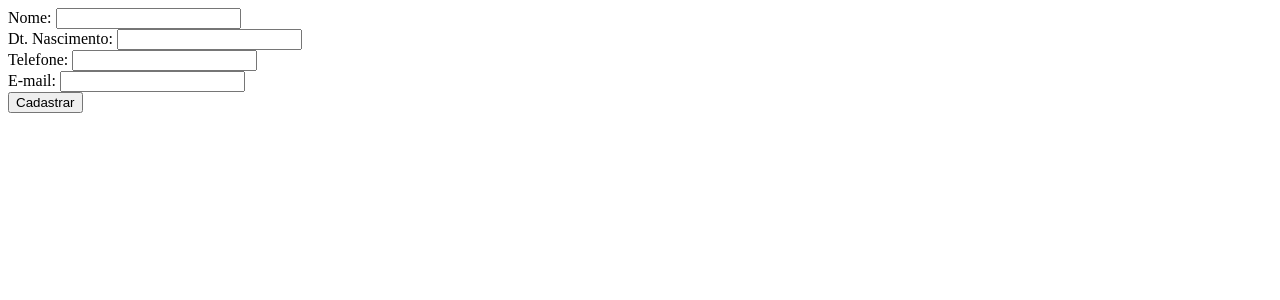
Repository: edwardcarvalho/PI-Agenda-WEB
Page: AgendaWeb/WebContent/index.html
These files come from the project's save history. The page is drawn as it stood at one moment and after the next save; the edit follows.
The browser window is 1280 px wide. The pictures show the whole page.

Above is the page before, as saved 2016-10-19 23:38:29.

After the next save:
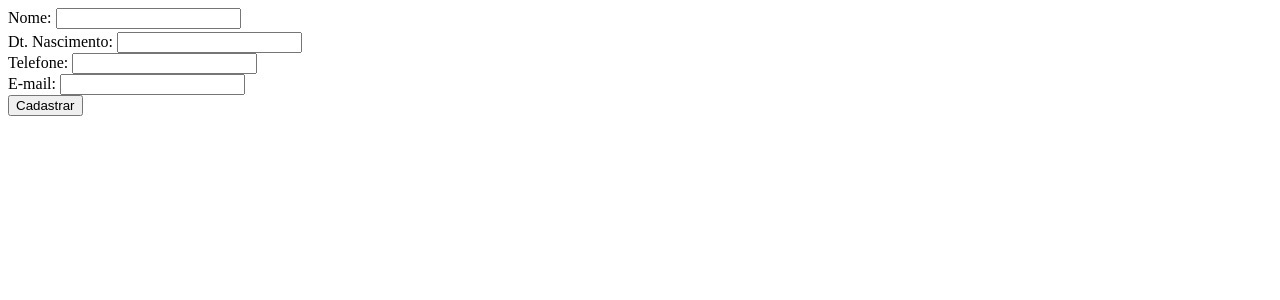
Saved 83 s later.
--- a/AgendaWeb/WebContent/index.html
+++ b/AgendaWeb/WebContent/index.html
@@ -7,7 +7,7 @@
 <body>
 
 	<form action="Cadastrar" method="post" id=formCadastro>
-		Nome: <input type="text" name="nome"></br>
+		Nome: <input type="text" name="nome" style="margin-bottom: 3px"></br>
 		Dt. Nascimento: <input type="text" name="dataNascimento"></br>
 		Telefone: <input type="text" name="telefone"></br>
 		E-mail: <input type="text" name="email"></br>
